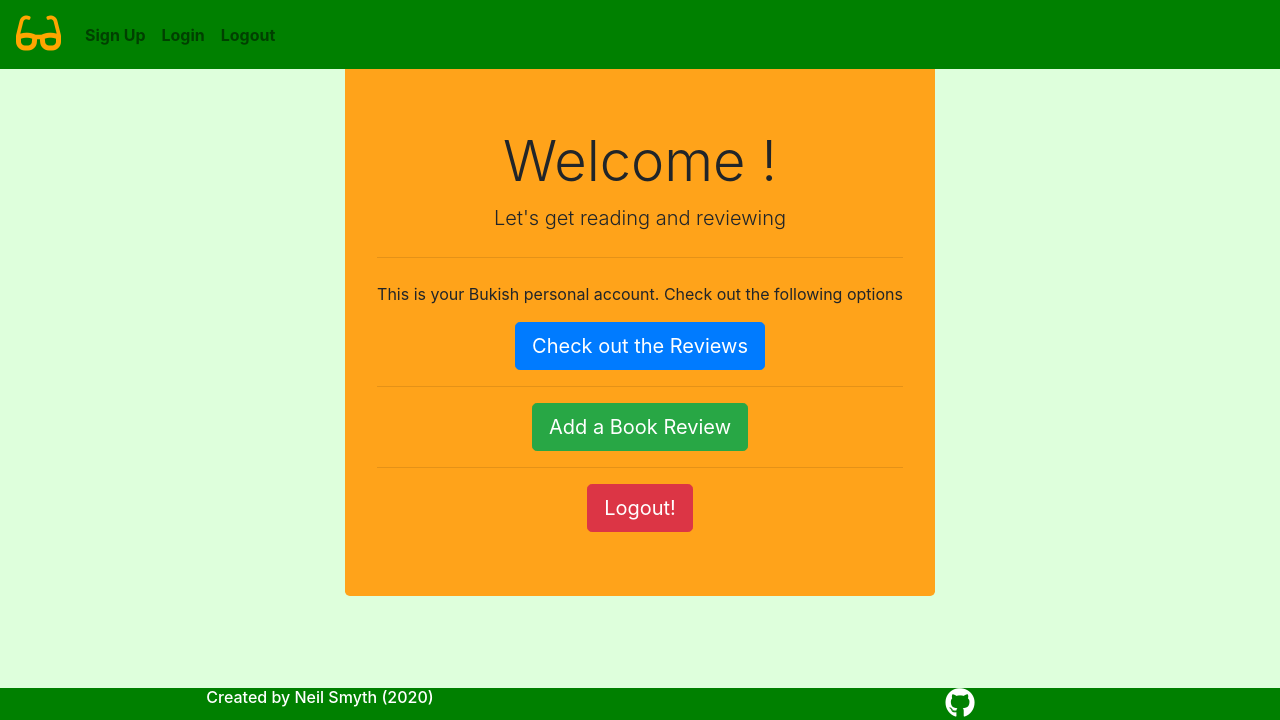
Repository: NeiloErnesto89/Data_Centric_Dev_Milestone_Project3
Page: templates/bio.html
The author's editor kept a record of every edit. The page is drawn from the files as they stood at one moment, then again after the next edit.
The browser window is 1280 px wide. The pictures show the whole page.
Some web libraries are served in a nearby version. The template is drawn by Flask 3. The application's start-up code is not run. Other server files are loaded and not shown. The template is opened directly, without the code that normally fills it, so the values that code supplies are empty.

Above is the page before.

### templates/bio.html
<!DOCTYPE html>
<html>

<head>
</head>

<body>
    {% extends 'base.html' %} {% block content %}
    <div class="container-fluid">
        <div class="row justify-content-center">
            <div class="jumbotron text-center mt-3">
                <h1 class="display-4">Welcome {{ user.username }} !</h1>
                <p class="lead">
                    Let's get reading and reviewing
                </p>
                <hr class="my-4">
                <p>This is your Bukish personal account. Check out the following options</p>
                <div class="text-center">
                    <a class="btn btn-primary btn-lg" href="{{ url_for('all_reviews') }}" role="button">Check out the Reviews </a>
                </div>
                <hr>
                <div class="text-center">
                    <a class="btn btn-success btn-lg" href="{{ url_for('review_page') }}" role="button">Add a Book Review </a>
                </div>
                <hr>
                <div class="text-center">
                    <a class="btn btn-danger btn-lg" href="{{ url_for('logout') }}" role="button">Logout! </a>
                </div>
            </div>

        </div>
   </div>
    {% endblock %}
</body>

</html>

### templates/base.html
<!DOCTYPE html>
<html lang="en">

<head>
    <meta charset="UTF-8">
    <meta name="viewport" content="width=device-width, initial-scale=1.0">
    <meta http-equiv="X-UA-Compatible" content="ie=edge">

    <title>Book Reviews</title>

    <!-- Bootstrap -->
    <link rel="stylesheet" href="https://stackpath.bootstrapcdn.com/bootstrap/4.3.1/css/bootstrap.min.css" integrity="sha384-ggOyR0iXCbMQv3Xipma34MD+dH/1fQ784/j6cY/iJTQUOhcWr7x9JvoRxT2MZw1T" crossorigin="anonymous">

    <!-- Google Font-->

    <link href="https://fonts.googleapis.com/css?family=Montserrat:400,700" rel="stylesheet">

    <!-- Font Awesome-->

    <link rel="stylesheet" href="https://use.fontawesome.com/releases/v5.7.2/css/all.css" integrity="sha384-fnmOCqbTlWIlj8LyTjo7mOUStjsKC4pOpQbqyi7RrhN7udi9RwhKkMHpvLbHG9Sr" crossorigin="anonymous">

    <link rel="stylesheet" href="https://cdnjs.cloudflare.com/ajax/libs/font-awesome/4.7.0/css/font-awesome.min.css">

    <!-- CSS -->

    <link rel="stylesheet" href="{{url_for('static', filename='css/style.css')}}" type="text/css" />


</head>

<body>

<div class="cover-container d-flex mx-auto flex-column">

            <!--NavBar with Burger Icon-->

        <header class="nav-container">
            <nav class="navbar navbar-expand-lg navbar-light mb-1 text-center fixed-top">
                <a class="navbar-brand" data-target="#popUpModal" data-toggle="modal"><i class="fas fa-glasses" style="font-size:40px;color:orange;"></i></a>
                <button class="navbar-toggler" type="button" data-toggle="collapse" data-target="#navbarTogglerDemo02" aria-controls="navbarTogglerDemo02" aria-expanded="false" aria-label="Toggle navigation">
                                <span class="navbar-toggler-icon"></span>
                              </button>
                <div class="collapse navbar-collapse" id="navbarTogglerDemo02">
                    <ul class="navbar-nav mr-auto mt-0 mt-lg-0">

                        <li class="nav-item">
                            <a class="nav-link" href="{{ url_for('signup') }}"><b>Sign Up</b></a>
                        </li>
                        <li class="nav-item">
                            <a class="nav-link" href="{{ url_for('login') }}"><b>Login</b></a>
                        </li>
                        <li class="nav-item">
                            <a class="nav-link" href="{{ url_for('logout') }}"><b>Logout</b></a>
                        </li>


                    </ul>
                </div>
            </nav>
        </header>

    <div class="container mt-5">
            {% block content %}
            {% endblock %}
    </div>
        <!--FOOTER -->

        <div class="footer container-fluid">
            <div class="row justify-content-center">
                <div class="text-center col-xs-12 col-sm-6">

                    <h6>Created by Neil Smyth (2020)</h6>

                </div>
                <div class="text-center col-xs-12 col-sm-6">

                    <a href="https://github.com/NeiloErnesto89" target="_blank "><i class="fab fa-github" style="font-size:30px; color:white; "></i></a>

                </div>
            </div>
        </div> <!-- footer container-->

</div>    <!--Cover Container -->

    <!-- JQuery -->
    <script src="https://cdnjs.cloudflare.com/ajax/libs/jquery/3.2.1/jquery.min.js"></script>

    <!-- Bootstrap JS-->

    <script src="https://code.jquery.com/jquery-3.3.1.slim.min.js" integrity="sha384-q8i/X+965DzO0rT7abK41JStQIAqVgRVzpbzo5smXKp4YfRvH+8abtTE1Pi6jizo" crossorigin="anonymous"></script>
    <script src="https://cdnjs.cloudflare.com/ajax/libs/popper.js/1.14.7/umd/popper.min.js" integrity="sha384-UO2eT0CpHqdSJQ6hJty5KVphtPhzWj9WO1clHTMGa3JDZwrnQq4sF86dIHNDz0W1" crossorigin="anonymous"></script>
    <script src="https://stackpath.bootstrapcdn.com/bootstrap/4.3.1/js/bootstrap.min.js" integrity="sha384-JjSmVgyd0p3pXB1rRibZUAYoIIy6OrQ6VrjIEaFf/nJGzIxFDsf4x0xIM+B07jRM" crossorigin="anonymous"></script>



    <!--  <script type="text/javascript">
        $(document).ready(function() {
            $('.collapsible').collapsible();
        });
    </script>  -->
</body>

</html>

### static/css/style.css
body {
  background-color: #DEFFDC;
  display: flex;
}

/*
.nav-container {
  position: sticky;
  width: 100%;
  z-index: 1;
  top: 0;
  left: 0;
  padding: 0;
}
*/

.navbar {
  background-color: green;
}

.jumbotron {
  background-color: #ffa31a;
  margin-right: 3rem;
  margin-left: 3rem;
}

/* Paginate Button on All Reviews.html (taken from w3 schools*/

.paginate {
  display: inline-block;
}

.paginate a {
  color: black;
  float: left;
  padding: 8px 16px;
  text-decoration: none;
  margin: 15px;
}

.paginate a.active {
  background-color: #4CAF50;
  color: white;
  border-radius: 5px;
}

.paginate a:hover:not(.active) {
  background-color: #ddd;
  border-radius: 5px;
}

/* all_reviews.html - book review cards*/

.card {
  margin: 5px;
  border: 8px solid rgb(5, 187, 5);
  border-radius: 3rem;
}

.footer {
  position: fixed;
  left: 0;
  bottom: 0;
  width: 100%;
  background-color: green;
  color: white;
  text-align: center;
}

After the next edit:
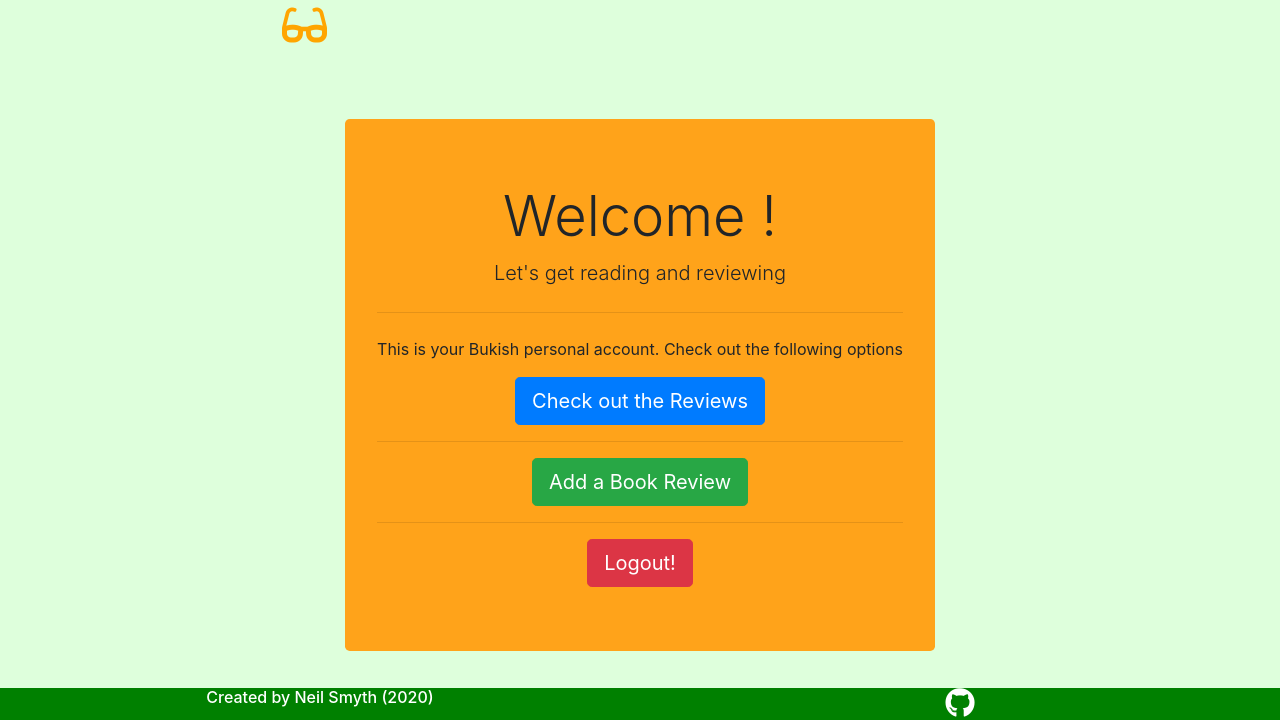
The edit:
--- a/templates/base.html
+++ b/templates/base.html
@@ -34,7 +34,7 @@
 
             <!--NavBar with Burger Icon-->
 
-        <header class="nav-container">
+        <header class="nav-container>
             <nav class="navbar navbar-expand-lg navbar-light mb-1 text-center fixed-top">
                 <a class="navbar-brand" data-target="#popUpModal" data-toggle="modal"><i class="fas fa-glasses" style="font-size:40px;color:orange;"></i></a>
                 <button class="navbar-toggler" type="button" data-toggle="collapse" data-target="#navbarTogglerDemo02" aria-controls="navbarTogglerDemo02" aria-expanded="false" aria-label="Toggle navigation">

After the 2 edits that followed:
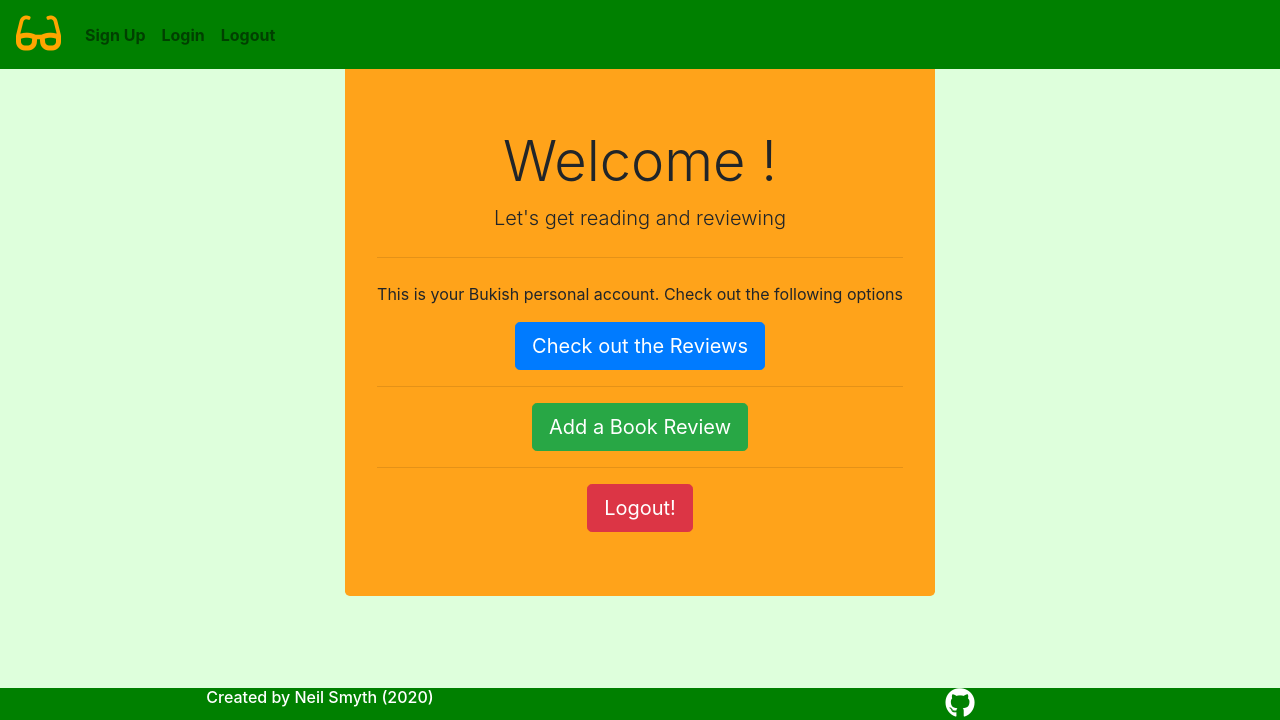
The 2 edits are shown as one change because 1 left the picture as it was.
The edit:
--- a/templates/base.html
+++ b/templates/base.html
@@ -34,7 +34,7 @@
 
             <!--NavBar with Burger Icon-->
 
-        <header class="nav-container>
+        <header class="nav-container">
             <nav class="navbar navbar-expand-lg navbar-light mb-1 text-center fixed-top">
                 <a class="navbar-brand" data-target="#popUpModal" data-toggle="modal"><i class="fas fa-glasses" style="font-size:40px;color:orange;"></i></a>
                 <button class="navbar-toggler" type="button" data-toggle="collapse" data-target="#navbarTogglerDemo02" aria-controls="navbarTogglerDemo02" aria-expanded="false" aria-label="Toggle navigation">
@@ -63,6 +63,7 @@
             {% block content %}
             {% endblock %}
     </div>
+
         <!--FOOTER -->
 
         <div class="footer container-fluid">
